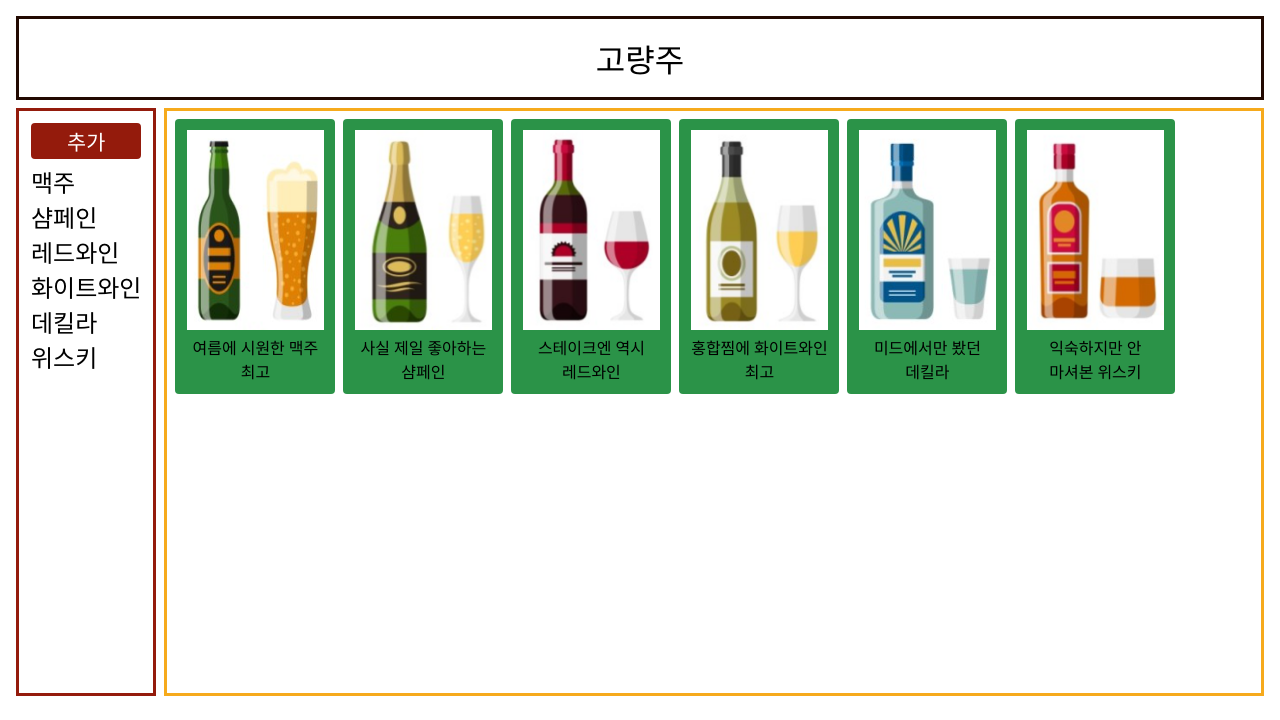
Repository: Jay-JYKim91/grj_2nd_week
Page: index.html
The author's editor kept a copy of each file at every save. The page is drawn from the files as they stood at one save, then again after the next save.
The browser window is 1280 px wide. The pictures show the whole page.
Some web fonts or font styles are not loaded; a fallback is used.

Above is the page before, as saved 2022-05-16 16:29:39.

After the next save:
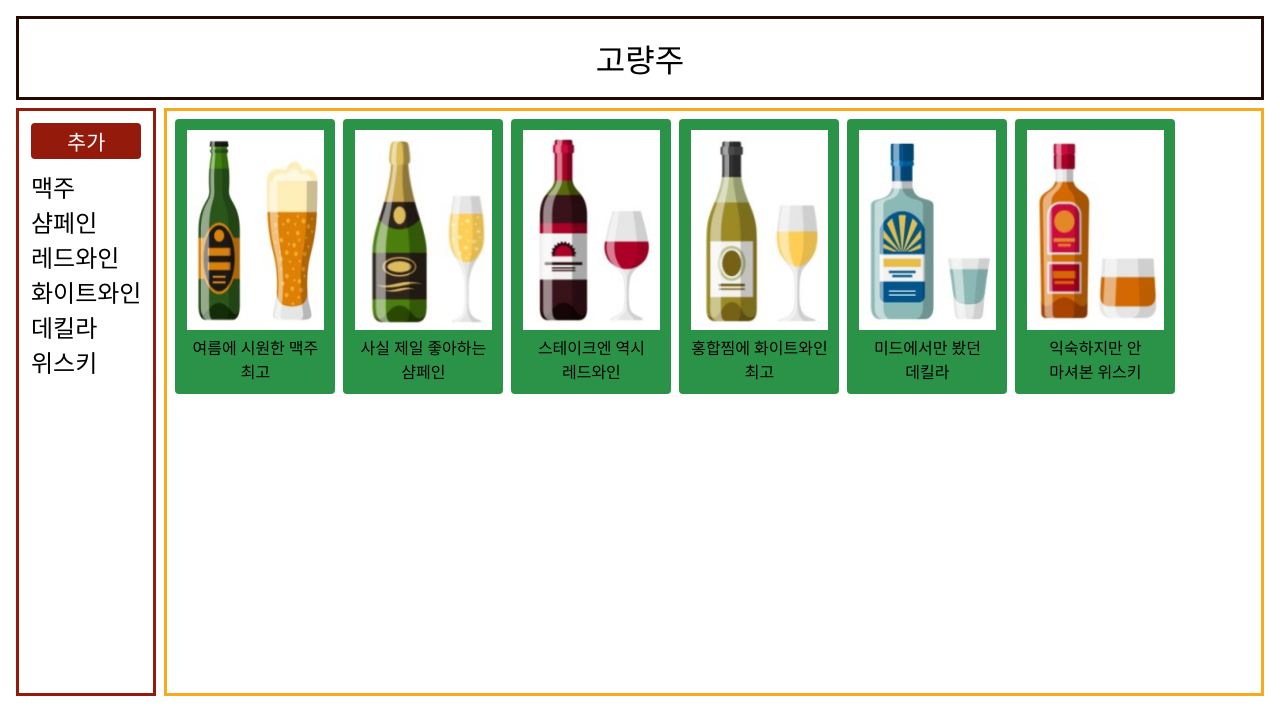
Saved 35 s later.
--- a/styles.css
+++ b/styles.css
@@ -44,7 +44,7 @@ aside {
   border: 2px solid #941b0c;
   color: white;
   font-size: 1.3rem;
-  margin-bottom: 0.3rem;
+  margin-bottom: 0.5em;
 }
 
 #addBtn:hover {
